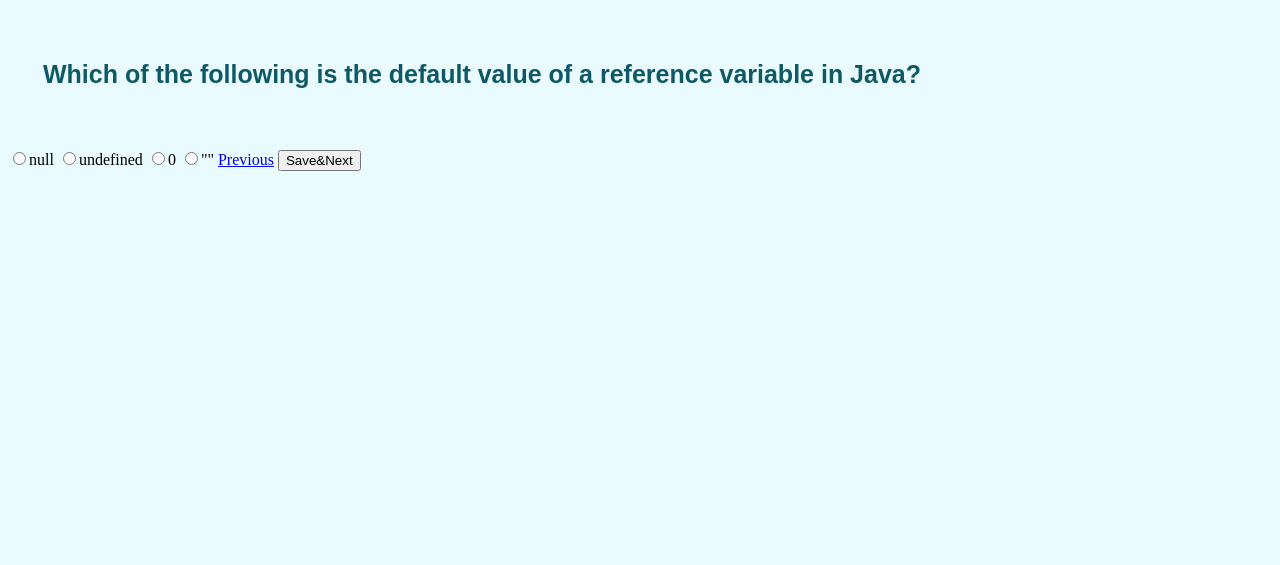
Repository: Rupali-8062Chourasiya5279/Internship_Task_Rupali
Page: Programming Language/quiz/QuizApp/src/main/webapp/Third.html
These files come from the project's save history. The page is drawn as it stood at one moment and after the next save; the edit follows.
The browser window is 1280 px wide. The pictures show the whole page.

Above is the page before, as saved 2025-01-24 13:56:00.

After the next save:
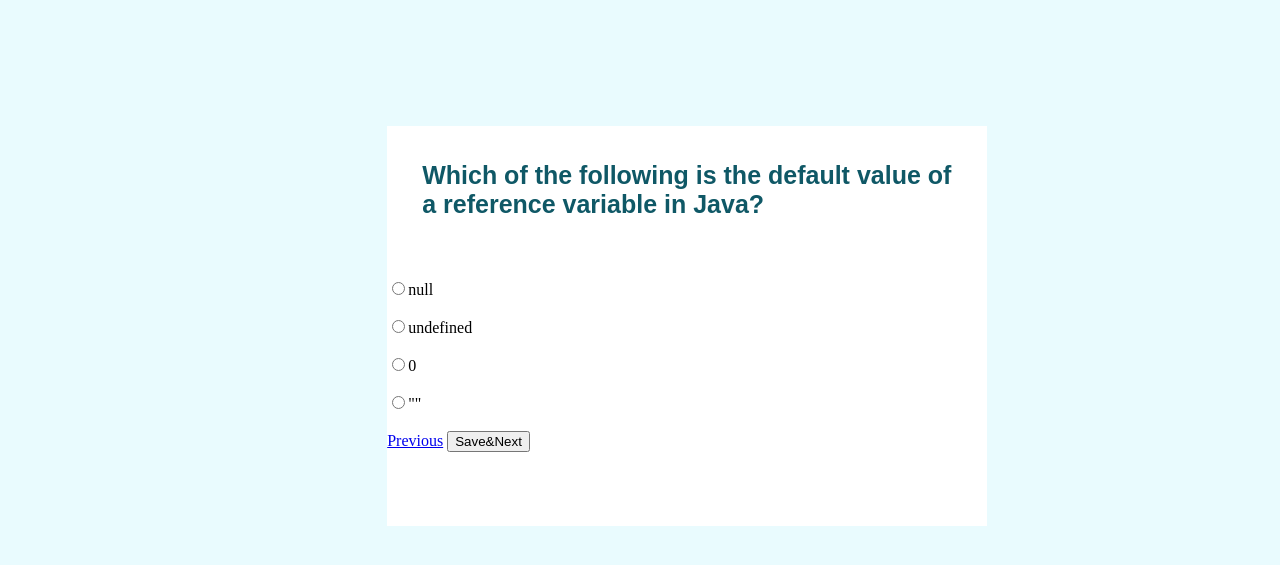
Saved 5 s later.
--- a/Programming Language/quiz/QuizApp/src/main/webapp/Third.html
+++ b/Programming Language/quiz/QuizApp/src/main/webapp/Third.html
@@ -59,12 +59,12 @@ margin-top: 10%;
 </head>
 <body>
 	<form action="Third" method="post">
-	<div>
+	<div id="div1">
 	<h3>Which of the following is the default value of a reference variable in Java?</h3>
-	<input type="radio" name="q3" value="null">null</input>
-	<input type="radio" name="q3" value="undefined">undefined</input>
-	<input type="radio" name="q3" value="0">0</input>
-	<input type="radio" name="q3" value="">""</input>
+	<input type="radio" name="q3" value="null">null</input><br><br>
+	<input type="radio" name="q3" value="undefined">undefined</input><br><br>
+	<input type="radio" name="q3" value="0">0</input><br><br>
+	<input type="radio" name="q3" value="">""</input><br><br>
 	<a href="Second.html">Previous</a>
 	<input type="submit" value="Save&Next">
 	</div>
